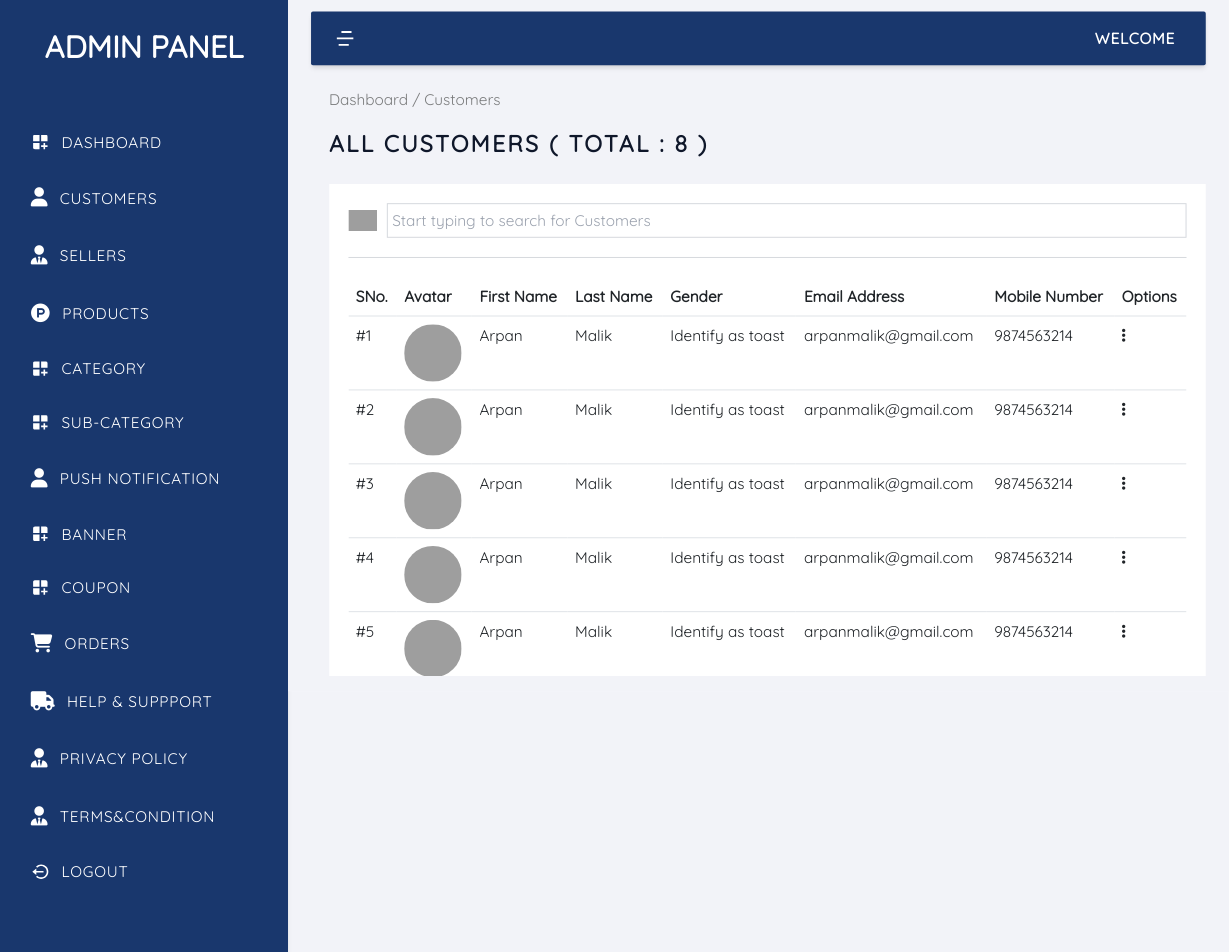
Repository: shishpal2000/admin.aschpro
Page: /Customer
An editor plug-in stored every save of this project. The page is shown before and after the next save, followed by the edit.
The browser window is 1280 px wide. The pictures show the whole page, at 96% of full size.
Pictures or frames that could not be fetched are drawn as grey boxes. An inner scrolling area shows only its first screen. Some web libraries are served in a nearby version. The project was rebuilt for these pictures with package versions that can differ from the ones it lists, and the page was loaded fresh each time. Also part of the build but not shown: src/E-CommerceAdmin/forms/Login.jsx, src/E-CommerceAdmin/pages/Dashboard.jsx, src/E-CommerceAdmin/pages/ECategory.js, src/E-CommerceAdmin/pages/EProduct.js, src/E-CommerceAdmin/pages/EVendorList.js, src/E-CommerceAdmin/pages/EAdminOrders.js, src/E-CommerceAdmin/pages/EAdminDelivery.js, src/E-CommerceAdmin/pages/ESubCategory.js and 7 more. Imported but missing from the stored project, and not drawn on this page: src/E-CommerceAdmin/pages/Component/SpinnerComp.

Above is the page before, as saved 2023-06-28 18:22:32.

### public/index.html
<!-- @format -->

<!DOCTYPE html>
<html lang="en">
  <head>
    <meta charset="utf-8" />
    <meta name="viewport" content="width=device-width, initial-scale=1" />
    <meta name="theme-color" content="#000000" />
    <meta
      name="description"
      content="Web site created using create-react-app"
    />
    <link rel="icon" href="%PUBLIC_URL%/favicon.png" />
    <link rel="manifest" href="%PUBLIC_URL%/manifest.json" />
    <link rel="preconnect" href="https://fonts.googleapis.com" />
    <link rel="preconnect" href="https://fonts.gstatic.com" crossorigin />
    <link
      href="https://fonts.googleapis.com/css2?family=Roboto+Mono:ital,wght@1,300&display=swap"
      rel="stylesheet"
    />
    <link rel="preconnect" href="https://fonts.googleapis.com">
<link rel="preconnect" href="https://fonts.gstatic.com" crossorigin>
<link href="https://fonts.googleapis.com/css2?family=Quicksand&display=swap" rel="stylesheet">
    <title>Subharambh</title>
  </head>
  <body>
    <noscript>You need to enable JavaScript to run this app.</noscript>
    <div id="root"></div>
    <script src="https://code.jquery.com/jquery-3.6.0.min.js"></script>
    <script
      src="https://kit.fontawesome.com/b533b351e4.js"
      crossorigin="anonymous"
    ></script>
    <script
      type="module"
      src="https://unpkg.com/ionicons@7.1.0/dist/ionicons/ionicons.esm.js"
    ></script>
    <script
      nomodule
      src="https://unpkg.com/ionicons@7.1.0/dist/ionicons/ionicons.js"
    ></script>
  </body>
</html>

### src/E-CommerceAdmin/pages/EAdminCustomer.js
/** @format */

import React, { useEffect, useState } from "react";
import { Alert, Table } from "react-bootstrap";
import HOC from "../layout/HOC";
import { Dropdown, Menu } from "antd";

const data = [
  {
    img: "https://img.freepik.com/free-vector/businessman-character-avatar-isolated_24877-60111.jpg",
    fName: "Arpan",
    lName: "Malik",
    Gender: "Identify as toast",
    email: "arpanmalik@gmail.com",
    mobile: "9874563214",
  },
  {
    img: "https://img.freepik.com/free-vector/businessman-character-avatar-isolated_24877-60111.jpg",
    fName: "Arpan",
    lName: "Malik",
    Gender: "Identify as toast",
    email: "arpanmalik@gmail.com",
    mobile: "9874563214",
  },

  {
    img: "https://img.freepik.com/free-vector/businessman-character-avatar-isolated_24877-60111.jpg",
    fName: "Arpan",
    lName: "Malik",
    Gender: "Identify as toast",
    email: "arpanmalik@gmail.com",
    mobile: "9874563214",
  },
  {
    img: "https://img.freepik.com/free-vector/businessman-character-avatar-isolated_24877-60111.jpg",
    fName: "Arpan",
    lName: "Malik",
    Gender: "Identify as toast",
    email: "arpanmalik@gmail.com",
    mobile: "9874563214",
  },
  {
    img: "https://img.freepik.com/free-vector/businessman-character-avatar-isolated_24877-60111.jpg",
    fName: "Arpan",
    lName: "Malik",
    Gender: "Identify as toast",
    email: "arpanmalik@gmail.com",
    mobile: "9874563214",
  },
  {
    img: "https://img.freepik.com/free-vector/businessman-character-avatar-isolated_24877-60111.jpg",
    fName: "Arpan",
    lName: "Malik",
    Gender: "Identify as toast",
    email: "arpanmalik@gmail.com",
    mobile: "9874563214",
  },
  {
    img: "https://img.freepik.com/free-vector/businessman-character-avatar-isolated_24877-60111.jpg",
    fName: "Arpan",
    lName: "Malik",
    Gender: "Identify as toast",
    email: "arpanmalik@gmail.com",
    mobile: "9874563214",
  },
  {
    img: "https://img.freepik.com/free-vector/businessman-character-avatar-isolated_24877-60111.jpg",
    fName: "Arpan",
    lName: "Malik",
    Gender: "Identify as toast",
    email: "arpanmalik@gmail.com",
    mobile: "9874563214",
  },
];

const EAdminCustomer = () => {
  const [query, setQuery] = useState("");
  const [currentPage2, setCurrentPage2] = useState(1);
  const [postPerPage2] = useState(10);
  const lastPostIndex2 = currentPage2 * postPerPage2;
  const firstPostIndex2 = lastPostIndex2 - postPerPage2;
  let pages2 = [];

  const TotolData = query
    ? data?.filter(
        (i) =>
          i?.fName?.toLowerCase().includes(query?.toLowerCase()) ||
          i?.lName?.toLowerCase().includes(query?.toLowerCase()) ||
          i?.email?.toLowerCase().includes(query?.toLowerCase())
      )
    : data;

  useEffect(() => {
    if (query) {
      setCurrentPage2(1);
    }
  }, [query]);

  const slicedData = TotolData?.slice(firstPostIndex2, lastPostIndex2);

  for (let i = 1; i <= Math.ceil(TotolData?.length / postPerPage2); i++) {
    pages2.push(i);
  }

  function Next() {
    setCurrentPage2(currentPage2 + 1);
  }

  function Prev() {
    if (currentPage2 !== 1) {
      setCurrentPage2(currentPage2 - 1);
    }
  }

  return (
    <>
      <p className="headP">Dashboard / Customers</p>
      <div
        className="pb-4 w-full flex justify-between items-center"
        style={{ width: "98%", marginLeft: "2%" }}
      >
        <span
          className="tracking-widest text-slate-900 font-semibold uppercase "
          style={{ fontSize: "1.5rem" }}
        >
          All Customers ( Total : {data?.length} )
        </span>
      </div>

      <section className="sectionCont">
        {data?.length === 0 || !data ? (
          <Alert>No Data Found</Alert>
        ) : (
          <>
            <div className="filterBox">
              <img
                src="https://t4.ftcdn.net/jpg/01/41/97/61/360_F_141976137_kQrdYIvfn3e0RT1EWbZOmQciOKLMgCwG.jpg"
                alt=""
              />
              <input
                type="search"
                placeholder="Start typing to search for Customers"
                onChange={(e) => setQuery(e.target.value)}
              />
            </div>

            <div className="overFlowCont">
              <Table>
                <thead>
                  <tr>
                    <th>SNo.</th>
                    <th>Avatar</th>
                    <th>First Name</th>
                    <th>Last Name</th>
                    <th>Gender</th>
                    <th>Email Address</th>
                    <th>Mobile Number</th>
                    <th>Options</th>
                  </tr>
                </thead>
                <tbody>
                  {slicedData?.map((i, index) => (
                    <tr key={index}>
                      <td>#{index + 1} </td>
                      <td>
                        <img
                          src={i.img}
                          alt=""
                          style={{
                            width: "60px",
                            height: "60px",
                            borderRadius: "100%",
                          }}
                        />
                      </td>
                      <td> {i.fName} </td>
                      <td> {i.lName} </td>
                      <td> {i.Gender} </td>
                      <td> {i.email} </td>
                      <td> {i.mobile} </td>
                      <td>
                        <Dropdown
                          overlay={
                            <Menu>
                              <Menu.Item key="3">
                                <div className="two_Sec_Div">
                                  <i className="fa-sharp fa-solid fa-trash"></i>
                                  <p>Delete</p>
                                </div>
                              </Menu.Item>
                            </Menu>
                          }
                          trigger={["click"]}
                        >
                          <i className="fa-solid fa-ellipsis-vertical"></i>
                        </Dropdown>
                      </td>
                    </tr>
                  ))}
                </tbody>
              </Table>{" "}
              <div className="pagination">
                <button onClick={() => Prev()} className="prevBtn">
                  <i className="fa-solid fa-backward"></i>
                </button>
                {currentPage2 === 1 ? (
                  ""
                ) : (
                  <button onClick={() => setCurrentPage2(1)}>1</button>
                )}

                {pages2
                  ?.slice(currentPage2 - 1, currentPage2 + 3)
                  .map((i, index) =>
                    i === pages2?.length ? (
                      ""
                    ) : (
                      <button
                        key={index}
                        onClick={() => setCurrentPage2(i)}
                        className={currentPage2 === i ? "activePage" : ""}
                      >
                        {" "}
                        {i}{" "}
                      </button>
                    )
                  )}

                <button
                  onClick={() => setCurrentPage2(pages2?.length)}
                  className={
                    currentPage2 === pages2?.length ? "activePage" : ""
                  }
                >
                  {" "}
                  {pages2?.length}{" "}
                </button>

                {currentPage2 === pages2?.length ? (
                  ""
                ) : (
                  <button onClick={() => Next()} className="nextBtn">
                    {" "}
                    <i className="fa-sharp fa-solid fa-forward"></i>
                  </button>
                )}
              </div>
            </div>
          </>
        )}
      </section>
    </>
  );
};

export default HOC(EAdminCustomer);

### src/E-CommerceAdmin/layout/HOC.jsx
/** @format */

import React, { useState } from "react";
import Navbar from "./Navbar";
import Sidebar from "./Sidebar";

const HOC = (Wcomponenet) => {
  return function Component() {
    const [hamb, setHamb] = useState(false);
    return (
      <>
        <section
          className="flex overflow-x-hidden relative "
          style={{ backgroundColor: "#f2f3f8" }}
        >
          {/* Sidebar */}
          <div
            className={
              hamb
                ? " absolute top-0 z-30 md:w-auto shadow-md bg-slate-200  w-60 transition-all md:-left-full left duration-150  h-auto overflow-y-auto  left-0 "
                : " md:w-72 z-30 bg-slate-200  shadow-md  md:static absolute top-0 -left-full   transition-all duration-150  overflow-y-auto h-auto"
            }
            style={{ minWidth: "300px" }}
          >
            <Sidebar hamb={hamb} setHamb={setHamb} />
          </div>
          {/* Components & Navbar */}
          <div
            className={
              hamb
                ? " transition-all px-4 py-2  duration-150 w-full h-screen"
                : " w-full h-screen  px-4 py-2   z-50 transition-all duration-150 "
            }
            style={{ backgroundColor: "#f2f3f8" }}
          >
            <Navbar hamb={hamb} setHamb={setHamb} />
            <div className="my-6 text-#000 h-[87%] wcomp overflow-y-auto">
              {" "}
              <Wcomponenet />
            </div>
          </div>
        </section>
      </>
    );
  };
};

export default HOC;

### src/E-CommerceAdmin/layout/Navbar.jsx
/** @format */

import { RiMenu4Line } from "react-icons/ri";

const Navbar = ({ hamb, setHamb }) => {
  const AdminName = localStorage.getItem("AdminName")
  return (
    <>
      <div
        className={
          hamb
            ? "flex  w-full justify-between  my-1 rounded-sm  p-4 py-3 shadow-md items-center  bg-slate-200 space-x-4"
            : "flex  w-full justify-between my-1 rounded-sm  p-4 py-3 shadow-md items-center  bg-slate-200 space-x-4"
        }
        style={{ backgroundColor: "#19376d" }}
      >
        <RiMenu4Line
          onClick={() => setHamb(!hamb)}
          className="text-2xl font-bold text-gray-900 hover:scale-90 cursor-pointer"
          style={{ color: "#fff" }}
        />

        <section className="flex sm:ml-auto justify-end sm:w-full items-center space-x-2  pr-2">
          <figcaption className="tracking-wider pl-1 font-semibold">
            <div
              className="lg:text-base text-sm text-gray-900  uppercase"
              style={{ color: "#fff" }}
            >
              Welcome {AdminName}
            </div>
          </figcaption>
        </section>
      </div>
    </>
  );
};

export default Navbar;

### src/E-CommerceAdmin/layout/Sidebar.jsx
/** @format */

import React from "react";
import { RiCloseLine } from "react-icons/ri";
import { Link, useNavigate } from "react-router-dom";
import { BiLogOutCircle } from "react-icons/bi";
import { MdDashboardCustomize } from "react-icons/md";

const Sidebar = ({ hamb, setHamb }) => {
  const navigate = useNavigate();

  const nav = [
    {
      icon: <MdDashboardCustomize className="text-xl mr-3 rounded-full " />,
      link: "/dashboard ",
      name: "Dashboard",
    },

    {
      icon: (
        <i className="fa-solid fa-user text-xl mr-3 rounded-full"></i>
      ),
      link: "/Customer",
      name: "Customers",
    },
    {
      icon: <i className="fa-solid fa-user-tie text-xl mr-3 rounded-full"></i>,
      link: "/VendorList",
      name: "Sellers",
    },
    {
      icon: (
    <i className="fa-brands fa-product-hunt text-xl mr-3 rounded-full"></i>
      ),
      link: "/Product",
      name: "Products",
    },
    {
      icon: <MdDashboardCustomize className="text-xl mr-3 rounded-full " />,
      link: "/Category",
      name: "Category",
    },

    {
      icon: <MdDashboardCustomize className="text-xl mr-3 rounded-full " />,
      link: "/SubCategory",
      name: "Sub-Category",
    },
    {
      icon: <i className="fa-solid fa-user text-xl mr-3 rounded-full"></i>,
      link: "/pushNotification",
      name: "Push Notification",
    },

    {
      icon: <MdDashboardCustomize className="text-xl mr-3 rounded-full " />,
      link: "/banner",
      name: "Banner",
    },
    {
      icon: <MdDashboardCustomize className="text-xl mr-3 rounded-full " />,
      link: "/coupon",
      name: "Coupon",
    },

    {
      icon: (
        <i className="fa-solid fa-cart-shopping text-xl mr-3 rounded-full"></i>
      ),
      link: "/Orders",
      name: "Orders",
    },

    {
      icon: <i className="fa-solid fa-truck  text-xl mr-3 rounded-full"></i>,
      link: "/Support",
      name: "Help & Suppport",
    },


    {
      icon: <i className="fa-solid fa-user-tie text-xl mr-3 rounded-full"></i>,
      link: "/privacy",
      name: "Privacy Policy",
    },
    {
      icon: <i className="fa-solid fa-user-tie text-xl mr-3 rounded-full"></i>,
      link: "/terms",
      name: "Terms&Condition",
    }
  ];

  const logOut = () => {
    localStorage.clear()
    navigate("/");
  };

  return (
    <>
      <aside
        className="p-4 h-auto"
        style={{ backgroundColor: "#19376d", minHeight: "100vh" }}
      >
        {/* Top */}
        <div className="w-full md:hidden relative  p-2 mb-4">
          <RiCloseLine
            onClick={() => setHamb(!hamb)}
            className="text-3xl  absolute top-2 sm:hover:rotate-[228deg] transition-transform font-bold right-2 sm:hover:text-[22px] text-[rgb(241,146,46)] cursor-pointer"
          />
        </div>{" "}
        <figure className="flex  flex-col items-center">
          <span
            className="font-bold text-[#fff]"
            style={{
              fontSize: "2rem",
              textAlign: "center",
              textTransform: "uppercase",
            }}
          >
            {" "}
            ADMIN PANEL
          </span>
        </figure>
        <nav className="py-6">
          {nav.map((nav) => {
            return (
              <Link
                to={nav.link}
                key={nav.name}
                className=""
                style={{ textDecoration: "none", textTransform: "uppercase" }}
              >
                <span
                  className="flex my-3 items-center cursor-pointer text-gray-900    tracking-wider p-2 rounded-sm"
                  style={{ color: "#FFF" }}
                >
                  {nav.icon} {nav.name}
                </span>
              </Link>
            );
          })}
          <span
            className="flex my-3 items-center cursor-pointer text-gray-900    tracking-wider p-2 rounded-sm"
            onClick={() => logOut()}
            style={{ color: "#FFF", textTransform: "uppercase" }}
          >
            <BiLogOutCircle className="text-xl mr-3 rounded-full " /> LogOut
          </span>
        </nav>
      </aside>
    </>
  );
};

export default Sidebar;

Loaded but not shown: tailwind.config.js (common file); src/App.js (50 lines, source omitted); src/index.js (15 lines, source omitted); src/index.css (534 lines, source omitted)

After the next save:
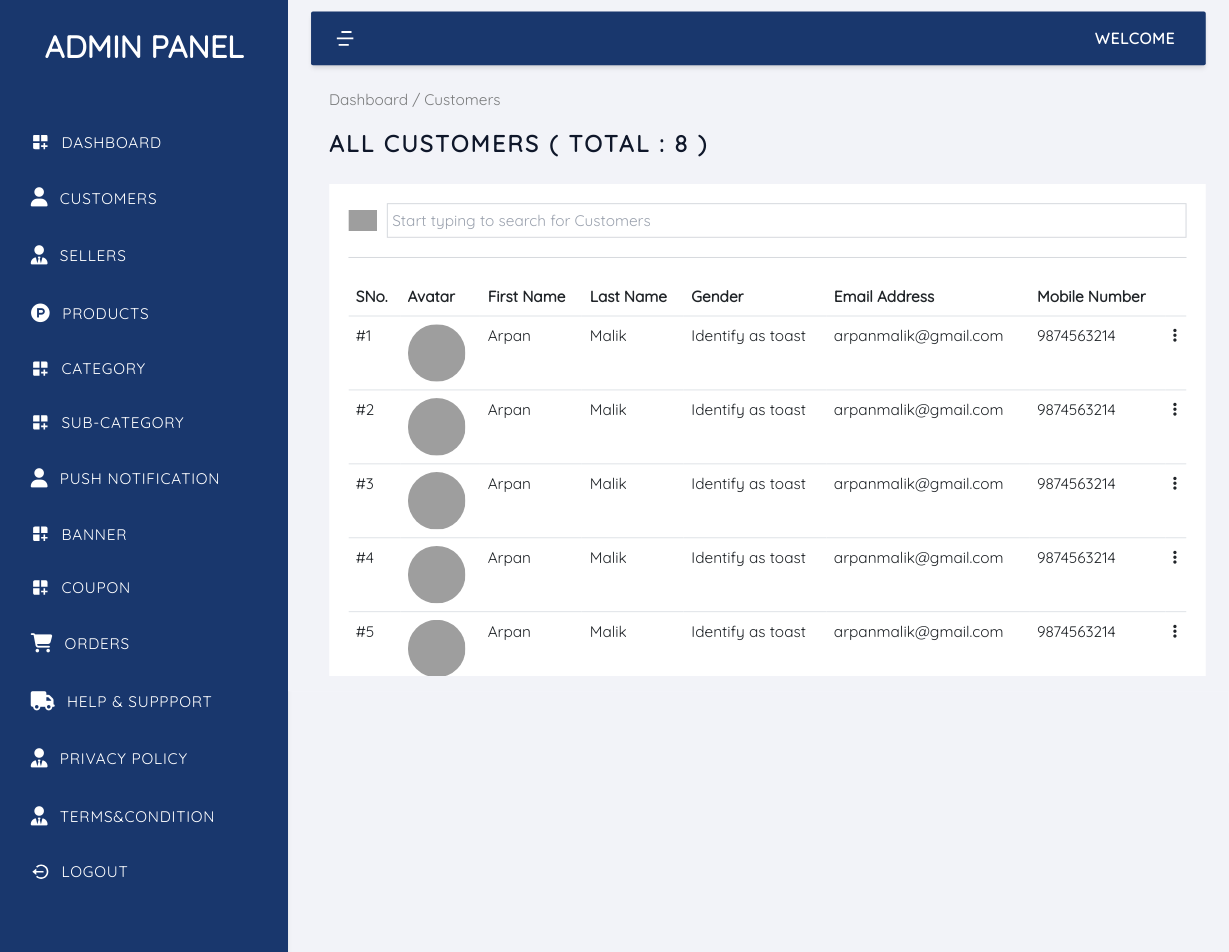
Saved 1 s later.
--- a/src/E-CommerceAdmin/pages/EAdminCustomer.js
+++ b/src/E-CommerceAdmin/pages/EAdminCustomer.js
@@ -155,7 +155,7 @@
                     <th>Gender</th>
                     <th>Email Address</th>
                     <th>Mobile Number</th>
-                    <th>Options</th>
+                    <th></th>
                   </tr>
                 </thead>
                 <tbody>
